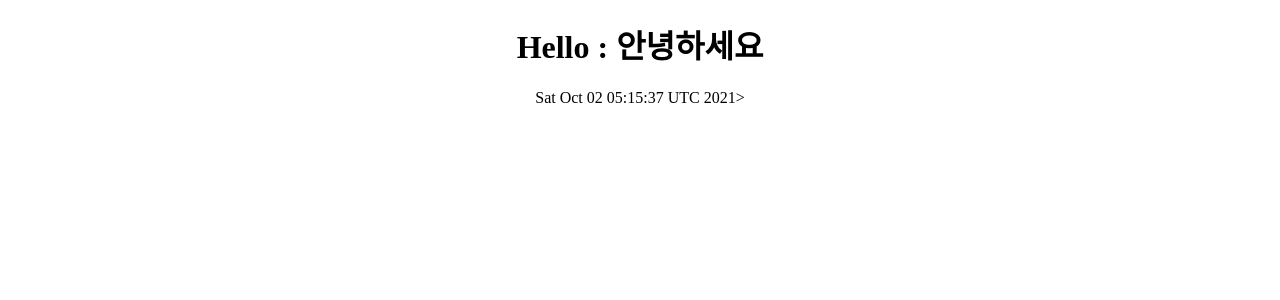
Repository: jpg723/Assignment
Page: http://localhost/LAB5_0/lab5_0/hello.jsp
These files come from the project's save history. The page is drawn as it stood at one moment and after the next save; the edit follows.
The browser window is 1280 px wide. The pictures show the whole page.
The page is served by Tomcat 9.

Above is the page before, as saved 2021-10-04 01:47:55.

After the next save:
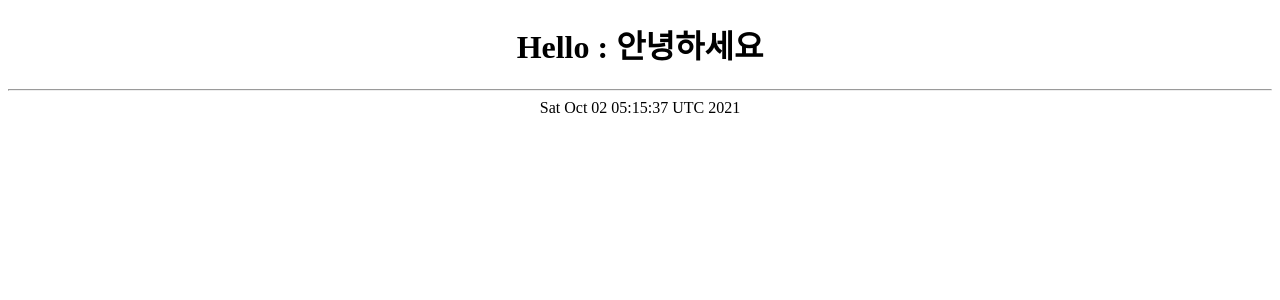
Saved 69 s later.
--- a/웹프로그래밍/LAB5_0/src/main/webapp/lab5_0/hello.jsp
+++ b/웹프로그래밍/LAB5_0/src/main/webapp/lab5_0/hello.jsp
@@ -9,7 +9,8 @@
 <body>
 <div align= "center">
 	<h1>Hello : 안녕하세요</h1>
-	<%=new java.util.Date() %>>
+	<hr>
+	<%=new java.util.Date() %>
 </div>
 </body>
 </html>
